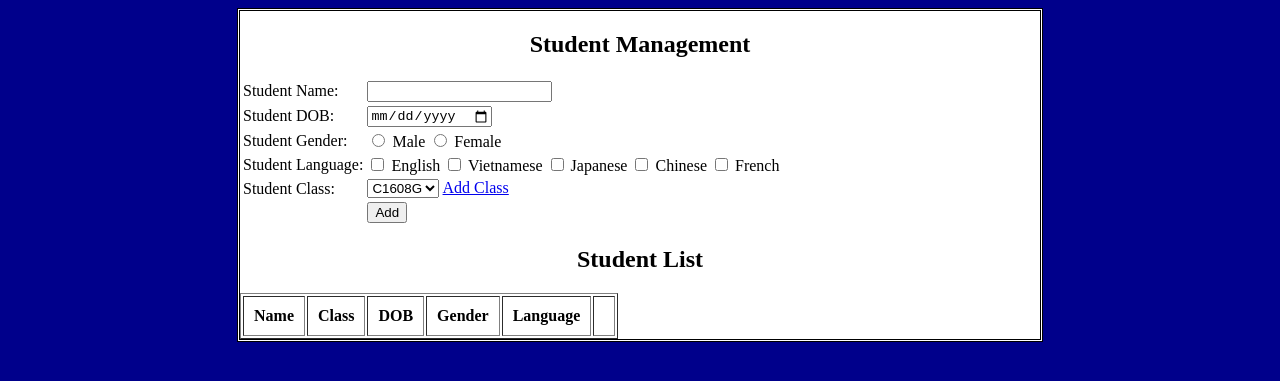
Repository: AnhDuc0125/HTML-Aptech
Page: exam/nextPage.html
The author's editor kept a copy of each file at every save. The page is drawn from the files as they stood at one save, then again after the next save.
The browser window is 1280 px wide. The pictures show the whole page.

Above is the page before, as saved 2021-12-04 11:35:06.

### exam/nextPage.html
<!DOCTYPE html>
<html lang="en">
<head>
    <meta charset="UTF-8">
    <meta http-equiv="X-UA-Compatible" content="IE=edge">
    <meta name="viewport" content="width=device-width, initial-scale=1.0">
    <link rel="stylesheet" href="style1.css">
    <title>Document</title>
</head>
<body>
    <div class="main_body">
        <div class="input">
            <h2>Student Management</h2>
            <form action="">
                <table>
                    <tr>
                        <td class="td-left"><label for="">Student Name:</label></td>
                        <td><input type="text" id="name_id"></td>
                    </tr>
                    <tr>
                        <td class="td-left"><label for="">Student DOB:</label></td>
                        <td><input type="date" id="dob_id"></td>
                    </tr>
                    <tr>
                        <td class="td-left"><label for="">Student Gender:</label></td>
                        <td> <div class="input_container">
                            <input name="foo" type="radio" value="male" id="gender_id">
                            <label for="gender">Male</label>
                            <input name="foo" type="radio" value="female" id="gender_id">
                            <label for="gender">Female</label>
                        </div></td>
                    </tr>
                    <tr>
                        <td class="td-left"> <label for="">Student Language:</label></td>
                        <td><div class="input_container">
                            <input type="checkbox" value="english" id="language_id">
                            <label for="language_id">English</label>
                            <input type="checkbox" value="vietnamese" id="language_id">
                            <label for="language_id">Vietnamese</label>
                            <input type="checkbox" value="japanese" id="language_id">
                            <label for="language_id">Japanese</label>
                            <input type="checkbox" value="chinese" id="language_id">
                            <label for="language_id">Chinese</label>
                            <input type="checkbox" value="french" id="language_id">
                            <label for="language_id">French</label>
                        </div></td>
                    </tr>
                    <tr>
                        <td class="td-left"> <label for="">Student Class:</label></td>
                        <td> <div class="input_container">
                            <select name="" id="class_id">
                                <option value="c1608g">C1608G</option>
                                <option value="c1208g">C2108L</option>
                            </select>
                            <a href="#" id="add_class" onclick="add_class()">Add Class</a>
                        </div></td>
                    </tr>
                    <tr>
                        <td class="td_left"></td>
                        <td><button type="submit">Add</button></td>
                    </tr>
                </table>
            </form>
        </div>
        <div class="table_infomation">
            <h2>Student List</h2>
            <table border="1" cellpadding="10">
                <thead>
                    <tr>
                        <th>Name</th>
                        <th>Class</th>
                        <th>DOB</th>
                        <th>Gender</th>
                        <th>Language</th>
                        <th></th>
                    </tr>
                </thead>
                <tbody id="result">

                </tbody>
            </table>
        </div>
    </div>
    <script>
        function add_class() {
            var new_class = prompt('Input new class name:')
            var class_list = document.getElementById('class_id')
            class_list.innerHTML += (`<option value="${new_class}">${new_class}</option>`)
        }

        function add_std_list() {
            var name = document.getElementById('name_id').value
            var classTag = document.getElementById('class_id').value
            var dob = document.getElementById('dob_id').value
            var gender = document.getElementById('gender_id').value
            var language = document.getElementById('language_id').value

            var fill_list = document.getElementById('result')
            fill_list.innerHTML (`<tr>
                        <th>${name}</th>
                        <th>${classTag}</th>
                        <th>${dob}</th>
                        <th>${gender}</th>
                        <th>${language}</th>
                        <th></th>
                    </tr>`)
        }
    </script>
</body>
</html>

### exam/style1.css
body {
    background-color: darkblue;
}

.main_body {
    width: 800px;
    border: double 3px black;
    background-color: white;
    margin: 0 auto;
    text-align: center;
}

td {
    text-align: left;
}

.td_left {
    text-align: right;
}

.table {
    border-collapse: collapse;
}

After the next save:
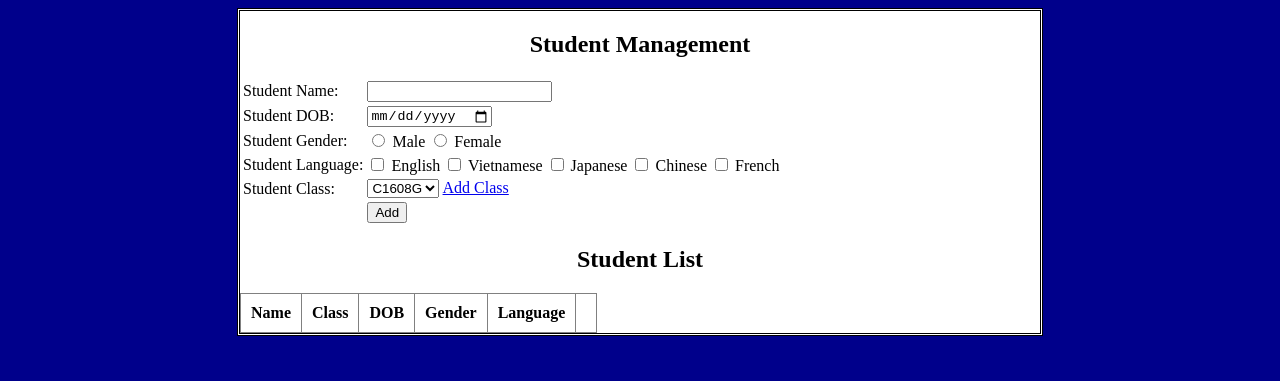
Saved 5 s later.
--- a/exam/nextPage.html
+++ b/exam/nextPage.html
@@ -64,7 +64,7 @@
         </div>
         <div class="table_infomation">
             <h2>Student List</h2>
-            <table border="1" cellpadding="10">
+            <table class="table" border="1" cellpadding="10">
                 <thead>
                     <tr>
                         <th>Name</th>
